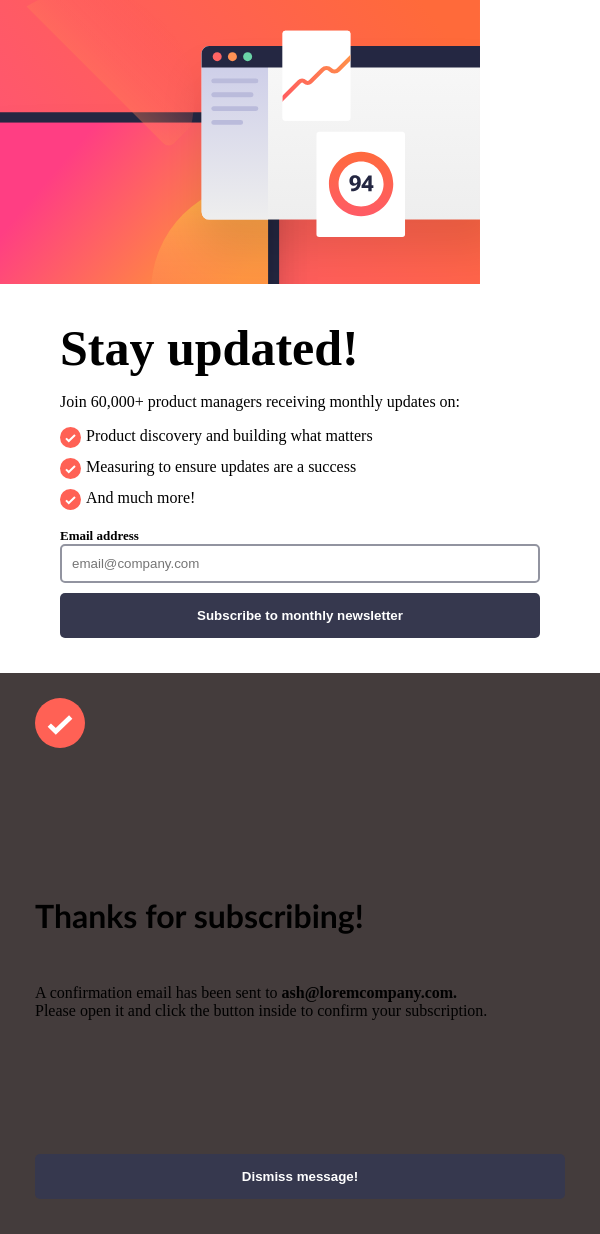
Repository: Celebration-cloud/Newsletter
Page: index.html
An editor plug-in stored every save of this project. The page is shown before and after a run of saves, followed by the edit.
The browser window is 600 px wide. The pictures show the whole page.

Above is the page before, as saved 2023-07-20 00:03:16.

After the next 5 saves:
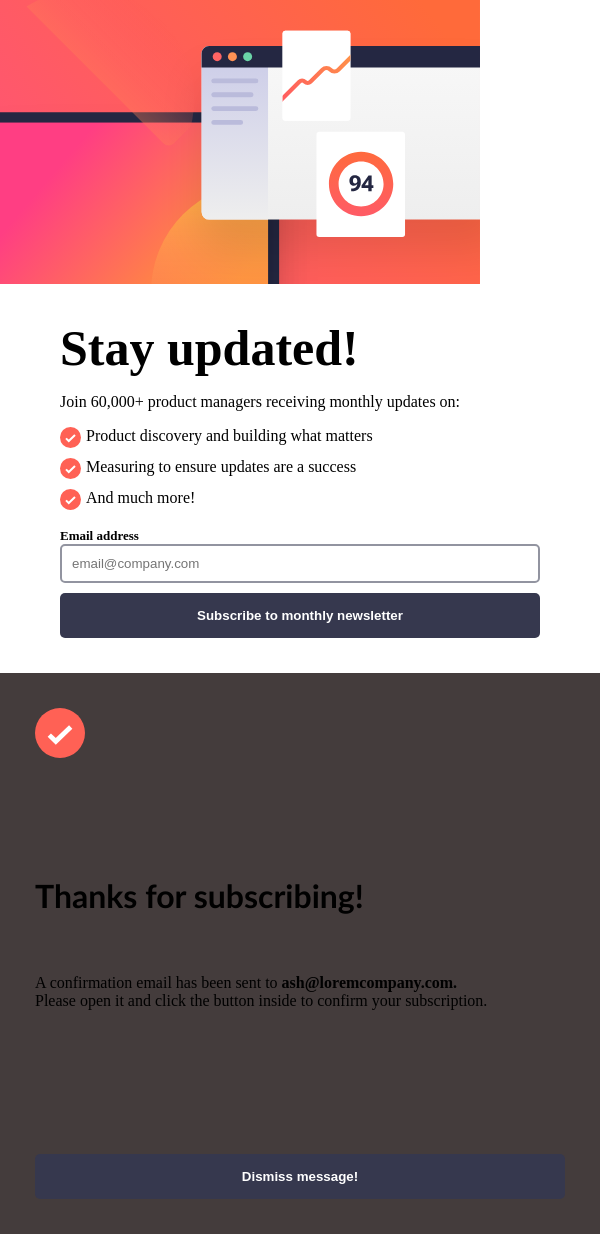
The 5 saves are shown as one change because they came seconds apart.
The last was saved 11 s later.
--- a/index.css
+++ b/index.css
@@ -138,7 +138,7 @@ button{
     #success img{
         width: 50px;
         margin-bottom: 30px;
-        margin-top: -10px;
+        margin-bottom: -10px;
     }
     #success h2{
         margin-top: -10px;
